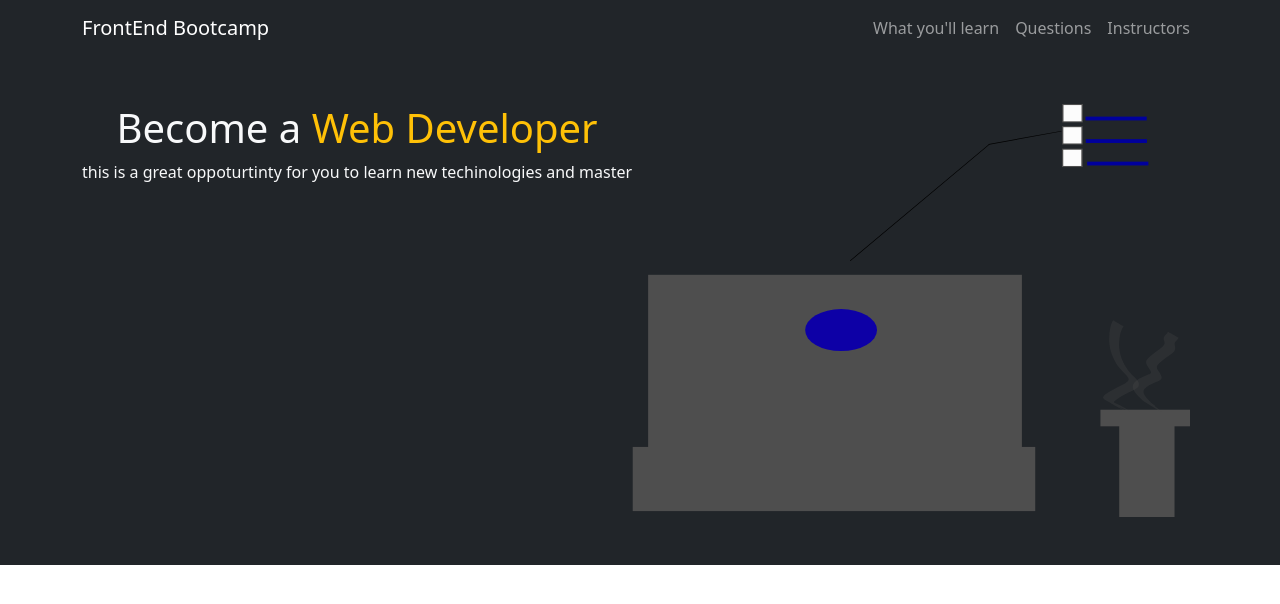
Repository: HaziimYassien/Front-End-BootCamp-__BootStrap-Project
Page: Front End BootCamp2/index.html
These files come from the project's save history. The page is drawn as it stood at one moment and after the next save; the edit follows.
The browser window is 1280 px wide. The pictures show the whole page.

Above is the page before, as saved 2024-01-12 02:17:01.

### Front End BootCamp2/index.html
<!DOCTYPE html>
<html lang="en">
  <head>
    <meta charset="utf-8" />
    <meta name="viewport" content="width=device-width, initial-scale=1" />
    <title>Frontend Bootcamp</title>
    <link
      href="https://cdn.jsdelivr.net/npm/bootstrap@5.3.2/dist/css/bootstrap.min.css"
      rel="stylesheet"
      integrity="sha384-T3c6CoIi6uLrA9TneNEoa7RxnatzjcDSCmG1MXxSR1GAsXEV/Dwwykc2MPK8M2HN"
      crossorigin="anonymous"
    />
    <link rel="stylesheet" href="style.css" />
  </head>
  <body>
    <!-- START _NavigationBar -->
    <nav class="navbar navbar-expand-lg bg-dark navbar-dark">
      <div class="container">
        <a href="#" class="navbar-brand">FrontEnd Bootcamp</a>
        <button
          class="navbar-toggler"
          type="button"
          data-bs-toggle="collapse"
          data-bs-target="#navmenu"
        >
          <span class="navbar-toggler-icon"></span>
        </button>
        <div class="collapse navbar-collapse" id="navmenu">
          <ul class="navbar-nav ms-auto">
            <li class="nav-item">
              <a href="#learn" class="nav-link">What you'll learn</a>
            </li>
            <li class="nav-item">
              <a href="#questions" class="nav-link">Questions</a>
            </li>
            <li class="nav-item">
              <a href="#instructors" class="nav-link">Instructors</a>
            </li>
          </ul>
        </div>
      </div>
    </nav>
    <!-- END _NavigationBar -->

    <!-- START _ShowCase -->
    <section class="bg-dark text-light p-5 text-center">
      <div class="container">
        <div class="d-sm-flex">
          <div>
            <h1>Become a <span class="text-warning"> Web Developer</span></h1>
            <p>this is a great oppoturtinty for you to learn new techinologies and master

            </p>
          </div>
          <img
            class="img-fluid w-50 h-50"
            src="img/FirstImage_BootCampProject.svg"
            alt=""
          />
        </div>
      </div>
    </section>
    <script
      src="https://cdn.jsdelivr.net/npm/bootstrap@5.3.2/dist/js/bootstrap.bundle.min.js"
      integrity="sha384-C6RzsynM9kWDrMNeT87bh95OGNyZPhcTNXj1NW7RuBCsyN/o0jlpcV8Qyq46cDfL"
      crossorigin="anonymous"
    ></script>
  </body>
</html>

Loaded but not shown: Front End BootCamp2/style.css (no copy from this time; the picture is the same without it)

After the next save:
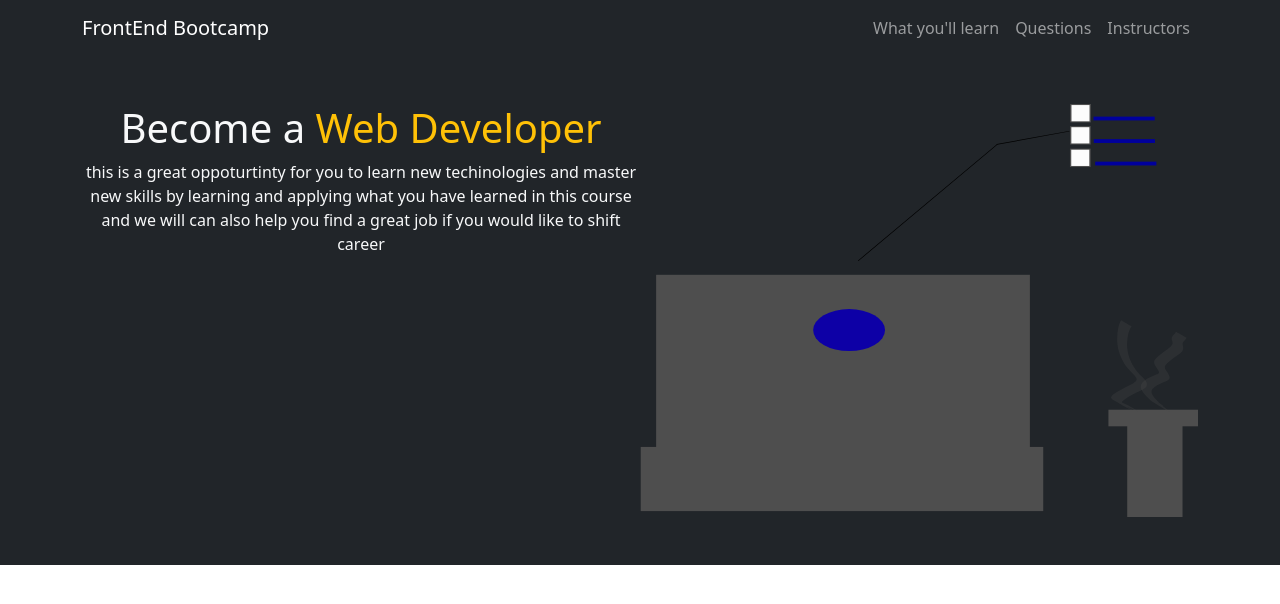
Saved 32 s later.
--- a/Front End BootCamp2/index.html
+++ b/Front End BootCamp2/index.html
@@ -48,8 +48,11 @@
         <div class="d-sm-flex">
           <div>
             <h1>Become a <span class="text-warning"> Web Developer</span></h1>
-            <p>this is a great oppoturtinty for you to learn new techinologies and master
-
+            <p>
+              this is a great oppoturtinty for you to learn new techinologies
+              and master new skills by learning and applying what you have
+              learned in this course and we will can also help you find a great
+              job if you would like to shift career
             </p>
           </div>
           <img
